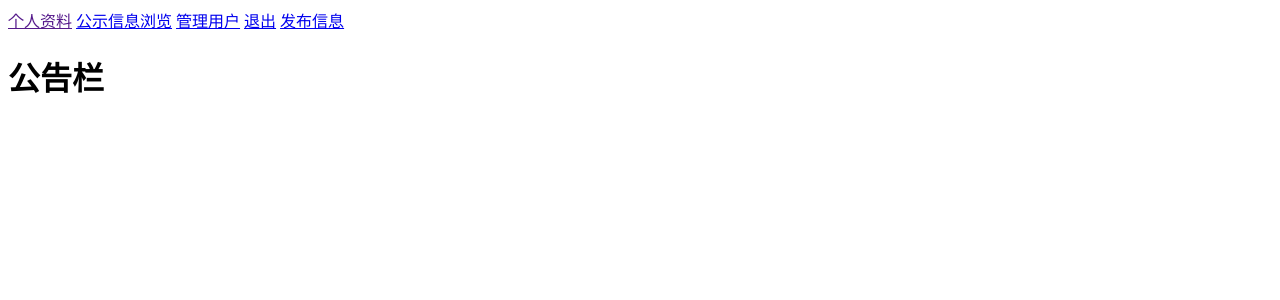
Repository: wyubb/Java
Page: http://localhost/Chapter3/main.jsp
These files come from the project's save history. The page is drawn as it stood at one moment and after the next save; the edit follows.
The browser window is 1280 px wide. The pictures show the whole page.
The page is served by Tomcat 9. Other server files are loaded and not shown. Queries for data that is not in the repository find no rows.

Above is the page before, as saved 2019-04-05 04:56:34.

### Chapter3/WebContent/main.jsp
<%@ page language="java" contentType="text/html; charset=gbk"%>

<%@page import="java.util.*,domain.*,service.imp.*"%><html>
<head>
<meta http-equiv="Content-Type" content="text/html; charset=utf-8">
<title>学生综合测评管理系统</title>
</head>
<body>
<jsp:useBean id="infoService" class="service.imp.InfoService" scope="session"></jsp:useBean>
<%
    //调用业务逻辑层方法，获取所有信息列表
	List<Information> list = infoService.getAllInfo();
%>
	<div>
		<div id="menu">
				<a href =	 "">个人资料</a>
				<a href = "main.jsp">公示信息浏览</a>
				<a href = "register.jsp">管理用户</a>
				<a href = "login.jsp">退出</a>
				<a href = "addinformation.jsp">发布信息</a>
		</div>
		<div id="primarycontent">
			<!-- primary content start -->
			<div class="post">
			<h1>公告栏</h>
                    <%
                    //循环帖子列表，显示日志信息
					for(Information info:list)
					{
					%>
					<div class="content">
 						<!-- 读者请注意此处的Java表达式运用 -->
						<p><a href="detail.jsp?Id=<%=info.getId()%>"><%=info.getTitle()%></a>&nbsp;&nbsp;<%=info.getContent()%>&nbsp;&nbsp;<%=info.getPublishingtime()%></p>
					</div>
					<%
						}
					%>
			</div>
			<!-- primary content end -->
		</div>



	</div>
</body>
</html>

### Chapter3/src/service/IInfoService.java
package service;

import java.util.List;
import domain.Information;

/**
 * Information对应的业务逻辑接口，提供一些与信息相关的业务逻辑操作的公开的方法声明
 */
public interface IInfoService {

	//添加一条发布信息到数据库
	public void addInfo(Information information);

	//获取所有信息列表
	public List<Information> getAllInfo();
}

### Chapter3/src/service/imp/InfoService.java
package service.imp;

import java.util.List;
import dao.IInfoDAO;
import dao.imp.InfoDAO;
import domain.Information;
import service.IInfoService;

/**
 * Information잚뚤壇돨撚蛟쭉서잚 瓊묩撚蛟쭉서꾸鱗
 */
public class InfoService implements IInfoService {
	/**
	 * 땍屢IInfoDAO잚謹돨橄昑，鹿茄君InfoService뵨IInfoDAO茄君잚裂쇌돨葵鱗
	 */
	private IInfoDAO infoDAO=new InfoDAO();

	/**
	 * 칵훰뭐芚변鑒
	 */
	public InfoService() {

	}

	/**
	 * 鞏鑒앴욋櫓警속斤口
	 */

	public void addInfo(Information information) {
		// 흔벎斤口槨왕，橙럿쀼，轟矜警속
	if (information.getTitle() == null)
	     return;
		// 斤口ID꼇槨왕，綱츠맡斤口瞳鑒앴욋櫓綠닸瞳，꼇壇맡角警속랍壇맡角뫘劤
		// 鞏鑒앴욋櫓警속斤口
		infoDAO.addInfo(information);
	}

	/**
	 * 삿돤鑒앴욋櫓杰唐斤口，럿쀼List<Information>잚謹
	 */
	public List<Information> getAllInfo() {
		return infoDAO.getAllInfo();
	}

}

### Chapter3/src/dao/IInfoDAO.java
package dao;

import java.util.List;

import domain.Information;

/**
 * Information类对应的DAO接口，提供一些与信息相关的数据库增删查改操作的公开的方法声明
 * @author Administrator
 *
 */
public interface IInfoDAO {
	//该方法实现添加一条信息到数据库中
	public void addInfo(Information information);
	//该方法获取所有信息列表
	public List<Information> getAllInfo();
}

### Chapter3/src/dao/imp/InfoDAO.java
package dao.imp;

import java.sql.ResultSet;
import java.sql.SQLException;
import java.text.SimpleDateFormat;
import java.util.ArrayList;
import java.util.List;

import dao.IInfoDAO;
import domain.*;

/**
 * Information类对应的DAO
 */
public class InfoDAO  implements IInfoDAO {
	/**
	 * 默认构造函数
	 */
	public InfoDAO() {

	}

	/**
	 * 往数据库中添加信息
	 */
	public void addInfo(Information information) {

		//初始化数据库访问类
		DatabaseDAO myDB = new DatabaseDAO();
		//构造SQL语句
		String sql = "insert into information"+
"(Title,Content,Publishinguser) values('"
		+information.getTitle()+"','"+information.getContent()+"','"+information.getPublishiuser()+"')";

		System.out.println("sql语句  "+sql);
		try
		{
			//执行SQL语句
			myDB.executeSQL(sql);
		}
		//处理SQL语句执行过程中可能产生的异常
		catch(SQLException sqlEx)
		{
			sqlEx.printStackTrace();
		}
		catch(ClassNotFoundException cnfEx)
		{
			cnfEx.printStackTrace();
		}
	}

	/**
	 * 从数据库中获得所有信息
	 */
	public List<Information> getAllInfo() {

		//初始化sql查询语句
		String sql = "select * from information";
		//调用相关方法，并返回查询结果
		return getInfoBySqlString(sql);
	}



	/**
	 * 该方法通过执行一条查询的SQL语句来获取查询结果，并把查询结果封装成信息列表返
	 *
	 * @param sql
	 * @return
	 */
	public List<Information> getInfoBySqlString(String sql){
		//初始化数据库访问类
		DatabaseDAO myDB = new DatabaseDAO();
		//定义信息列表，预备返回对象
		List<Information> list = new ArrayList<Information>();
		try{
			//执行sql查询语句，并获取查询结果集
			ResultSet mySet = myDB.getResultSet(sql);
			while(mySet.next())
			{
				//定义信息类对象，用来封装查询数据
				Information information = new Information();
				//设置信息类对象的Id字段值
				information.setId(mySet.getInt("Id"));
				//设置信息类对象的标题字段值
				information.setTitle(mySet.getString("Title"));
				//设置信息类对象的信息内容字段值
				information.setContent(mySet.getString("Content"));
				//设置信息类对象的发布时间字段值

				information.setPublishingtime(mySet.getString("PublishingTime"));
				//定义一个用户类对象，该对象用来为信息类对象的用户字段赋值

				//设置信息类对象的用户字段值
				information.setPublishiuser(mySet.getString("PublishingUser"));

				//把信息类对象加入返回数据集中
				list.add(information);
			}
		}
		//处理异常
		catch(ClassNotFoundException cnfEx)
		{
			cnfEx.printStackTrace();
		}
		catch(SQLException sqlEx)
		{
			sqlEx.printStackTrace();
		}
		finally
		{
			try
			{
				//释放数据库操作类的数据库连接对象
				myDB.releaseConnection();
			}
			catch(SQLException sqlEx)
			{
				sqlEx.printStackTrace();
			}
		}
		//返回结果
		return list;
	}
}

### Chapter3/src/dao/IDatabaseDAO.java
package dao;

import java.sql.Connection;
import java.sql.ResultSet;
import java.sql.SQLException;

public interface IDatabaseDAO {
	public Connection getConnection();
	 public void releaseConnection() throws SQLException;
	 public ResultSet getResultSet(String querySQL) throws SQLException, ClassNotFoundException;
	 public void executeSQL(String SQL) throws SQLException, ClassNotFoundException;
}

### Chapter3/src/dao/imp/DatabaseDAO.java
package dao.imp;

import java.sql.Connection;
import java.sql.DriverManager;
import java.sql.ResultSet;
import java.sql.SQLException;
import java.sql.Statement;

import dao.IDatabaseDAO;

public class DatabaseDAO implements IDatabaseDAO {
	 private Connection conn = null;
     /**
     * 获取数据库连接对象
     * @return 数据库连接对象
     * @throws ClassNotFoundException
     * @throws SQLException
     */
	 public Connection getConnection()  {
		 Connection conn = null;
         //加载数据库驱动

			try{
				Class.forName("com.mysql.jdbc.Driver");
				conn = DriverManager.getConnection("jdbc:mysql://localhost/community", "root", "123456");
			  	}catch(Exception e){
				e.printStackTrace();
			}

			  	System.out.println("数据库连接成功！");
			return conn;
	}
     /**
	  * 关闭类中的连接对象
	  * @throws SQLException
	  */
	 public void releaseConnection()
			throws SQLException {
		this.conn.close();
		this.conn = null;
	}
	/**
	 * 执行一个SQL查询语句，并返回查询的结果集
	 * @param SQL查询语句
	 * @return 数据库查询结果集
	 * @throws SQLException
	 * @throws ClassNotFoundException
	 */
	public ResultSet getResultSet(String querySQL) throws SQLException, ClassNotFoundException
	{
		System.out.println("sql语句:"+querySQL);
		if(conn == null)
		{
			this.conn = getConnection();
		}
		Statement stm = conn.createStatement();

        //执行SQL查询语句并返回查询结果集
		ResultSet thisRST = stm.executeQuery(querySQL);
		return thisRST;
	}
    /**
	 * 直接执行一条对数据库修改（包括增删改）的SQL语句
	 * @param SQL语句
	 * @throws SQLException
	 * @throws ClassNotFoundException
	 */
	public void executeSQL(String SQL) throws SQLException,
 ClassNotFoundException
	{
		if(conn == null)
		{
			this.conn = getConnection();
		}
		Statement stm = conn.createStatement();

		//执行给定的SQL语句
		stm.executeUpdate(SQL);

        //关闭连接对象
		this.conn.close();
		this.conn = null;
	}

}

After the next save:
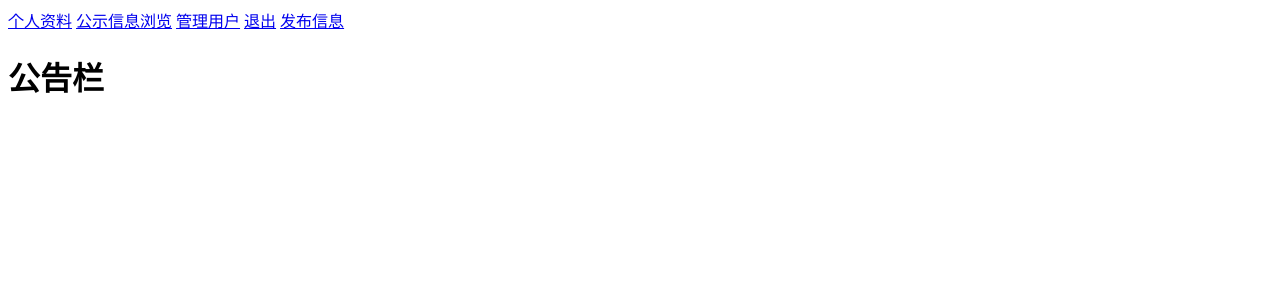
Saved 62 s later.
--- a/Chapter3/WebContent/main.jsp
+++ b/Chapter3/WebContent/main.jsp
@@ -13,7 +13,7 @@
 %>
 	<div>
 		<div id="menu">
-				<a href =	 "">个人资料</a>
+				<a href =	 "data.jsp">个人资料</a>
 				<a href = "main.jsp">公示信息浏览</a>
 				<a href = "register.jsp">管理用户</a>
 				<a href = "login.jsp">退出</a>
